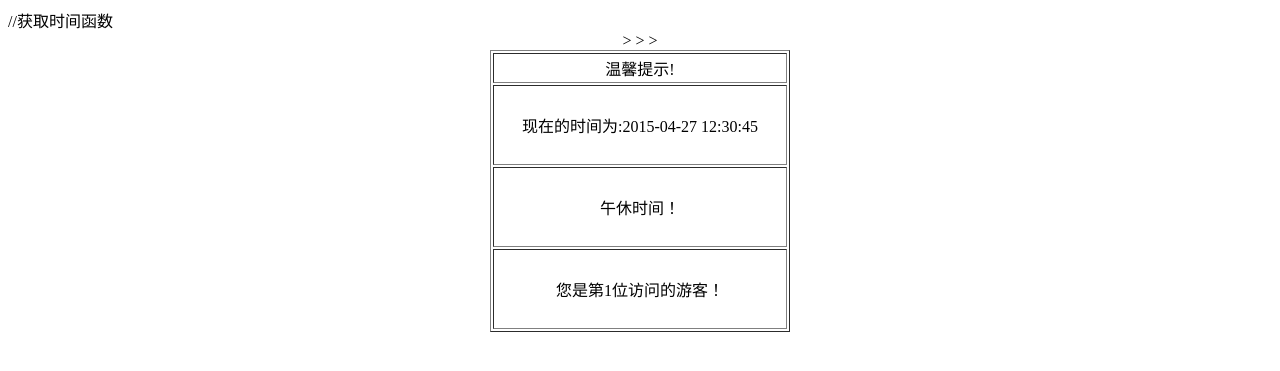
Repository: wikelgc/JSP
Page: http://localhost/FirstJsp/
The author's editor kept a copy of each file at every save. The page is drawn from the files as they stood at one save, then again after the next save.
The browser window is 1280 px wide. The pictures show the whole page.
The page is served by Tomcat 9.

Above is the page before, as saved 2015-04-27 13:51:33.

After the next save:
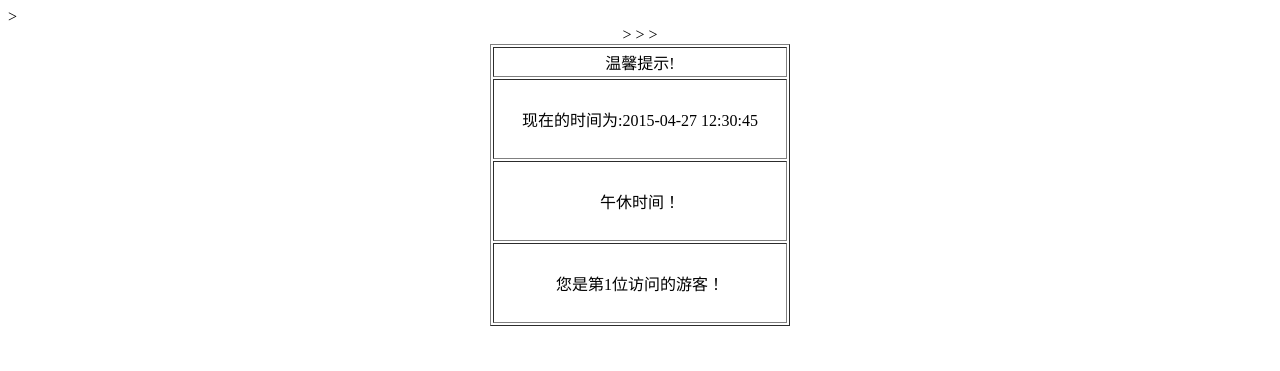
Saved 2 min 35 s later.
--- a/FirstJsp/WebRoot/index.jsp
+++ b/FirstJsp/WebRoot/index.jsp
@@ -2,21 +2,22 @@
 <%@page import="java.text.SimpleDateFormat"%>
 <%@ page contentType="text/html; charset=UTF-8" %>
 <%@ page import = "java.text.*"  %>
-//获取时间函数
+
+<!-- 获取时间的函数 -->
 <%
 	Date nowday = new Date();   //实例化对象，获取当前时间
 	int hour = nowday.getHours();	//获取日期中的小时
     SimpleDateFormat format = new SimpleDateFormat("yyyy-MM-dd HH:mm:ss");//定义日期格式化对象
 	String time = format.format(nowday);//将指定日期格式化""
 %>
-
+<!-- 获取累计次数的函数 -->
 <%!
 	int num = 0;
 	synchronized void add(){
 		num++;
 	}
  %>
-
+<!-- add() -->>
 <%
 	add();
 %>
